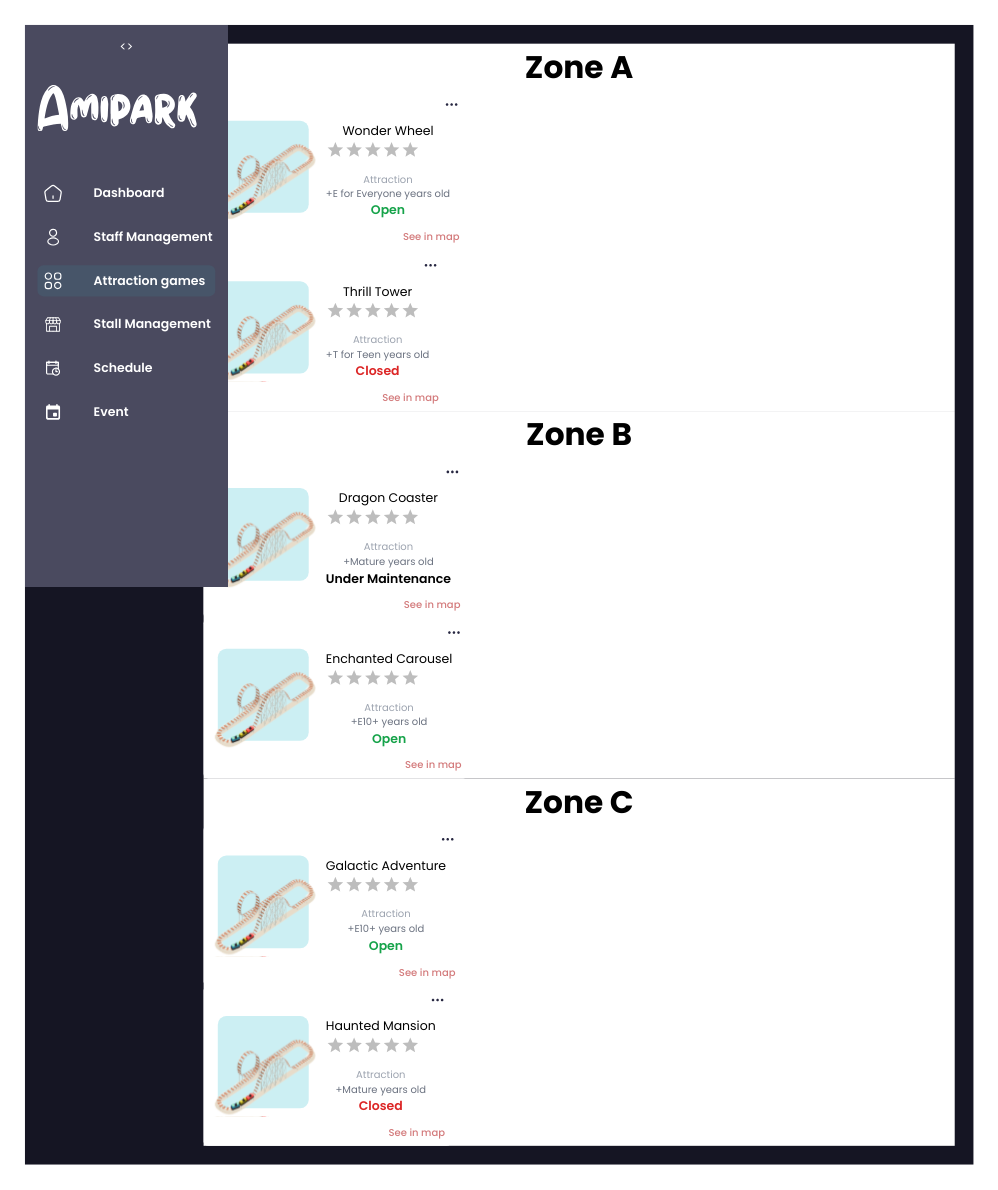
Repository: ImedBousakhria/BDD_AmusementPark_Management-Info
Page: /Attraction (app in client/)
An editor plug-in stored every save of this project. The page is shown before and after the next save, followed by the edit.
The browser window is 1280 px wide. The pictures show the whole page, at 78% of full size.
The project was rebuilt for these pictures with package versions that can differ from the ones it lists, and the page was loaded fresh each time. Also part of the build but not shown: client/vite.config.js, client/src/SignIn.jsx, client/src/Signup.jsx, client/src/LandingPage.jsx, client/src/components/Selector.jsx, client/src/Schedule.jsx, client/src/components/charts/AttendanceBars.jsx, client/src/components/charts/AttractionBars.jsx and 9 more.

Above is the page before, as saved 2024-01-10 14:33:04.

### client/src/App.jsx
import React from "react";
import ReactDOM from "react-dom/client";
import { createRoot } from "react-dom/client";

import { BrowserRouter, Routes, Route } from "react-router-dom";

import SignIn from "./SignIn.jsx";
import SignUp from "./Signup.jsx";
import "./index.css";
import LandingPage from "./LandingPage.jsx";
import Schedule from "./Schedule.jsx";
import Dashboard from "./Dashboard.jsx";
import HomeLayout from "./components/super/HomeLayout.jsx";
import Attractions from "./Attractions.jsx";
import Event from "./Event.jsx";
import Stall from "./Stall.jsx";
import Staff from "./Staff.jsx";

const App = () => {
  return (
    <BrowserRouter>
      <Routes>
        <Route path={"/"} element={<LandingPage />} />

        <Route path={"/Signup"} element={<SignUp />} />
        <Route path={"/Signin"} element={<SignIn />} />
        <Route
          path={"/Schedule"}
          element={<HomeLayout pageComponent={<Schedule />} />}
        />
        <Route
          path={"/Home"}
          element={<HomeLayout pageComponent={<Dashboard />} />}
        />
        <Route
          path={"/Attraction"}
          element={<HomeLayout pageComponent={<Attractions />} />}
        />
        <Route
          path={"/Event"}
          element={<HomeLayout pageComponent={<Event />} />}
        />
        <Route
          path={"/Stall"}
          element={<HomeLayout pageComponent={<Stall />} />}
        />
        <Route
          path={"/Staff"}
          element={<HomeLayout pageComponent={<Staff />} />}
        />
      </Routes>
    </BrowserRouter>
  );
};

export default App;

const root = createRoot(document.getElementById("root"));
root.render(<App />);

### client/src/index.css
@import url("https://fonts.googleapis.com/css2?family=Poppins:wght@100;300;400;500;600;700&display=swap");

@tailwind base;
@tailwind components;
@tailwind utilities;

@layer base {
  a {
    @apply cursor-pointer;
  }
  h1 {
    @apply text-[50px] font-bold;
  }
  h2 {
    @apply text-[2.5rem] font-bold;
  }
  p {
  }
  h3 {
  }
  h4 {
    @apply text-[1rem] font-semibold;
  }
  textarea {
  }
  input {
  }
  select {
  }
}

* {
  font-family: "Poppins", sans-serif;
  box-sizing: border-box;
  padding: 0;
  margin: 0;
}

.bg-grad {
  background: linear-gradient(180deg, transparent 0%, #272741 80%);
}

.VerticalAppointment-content {
  width: max-content;
  color: "#333" !important ;
}
.Appointment-appointment {
  color: "#333" !important ;
}

.MainLayout-stickyElement {
  color: "#fff" !important;
}

.css-1675apn-MuiTableCell-root .Cell-highlightedText {
}


.nav-item::after {
  content: "";
  display: block;
  width: 0;
  height: 2px;
  margin-top: 2px;
  background-color: rgb(102, 209, 243);
  transition: width 0.3s;
}

.nav-item:hover::after {
  width: 100%;
}

.VerticalAppointment-title, .VerticalAppointment-textContainer {
  @apply text-gray-400 font-light
}

### client/src/components/super/HomeLayout.jsx
import React, { useState } from "react";
import SideBar from "./SideBar";

const HomeLayout = ({ pageComponent }) => {
  const [isSidebarOpen, setIsSidebarOpen] = useState(true);

  return (
    <div className=" flex bg-darkBG">
      <div
        className={` transition-all duration-300 ${
          isSidebarOpen ? " basis-[17%] " : " basis-[9%]"
        } `}
      >
        <SideBar
          isSidebarOpen={isSidebarOpen}
          setIsSidebarOpen={setIsSidebarOpen}
        />
      </div>

      <div
        className={` ${
          isSidebarOpen ? " basis-[80%] " : " basis-[80%]"
        } h-full w-full m-6 `}
      >
        {pageComponent}
      </div>
    </div>
  );
};

export default HomeLayout;

### client/src/Attractions.jsx
import React from "react";
import StaffList from "./components/StaffList";
import { zones } from "./consts";
import GameCard from "./components/GameCard";

const Attractions = () => {
  return (
    <div className="flex min-h-screen gap-[3rem]">
      <div className=" w-full">
        {zones.map((zone, zoneIndex) => (
          <div key={zoneIndex} className="bg-white">
            <h2>{zone.title}</h2>
            <div>
              {zone.games.map((game, gameIndex) => (
                <GameCard attraction={game} />
              ))}
            </div>
          </div>
        ))}
      </div>

      {/* <div className="basis-[60%]">
        <StaffList />
      </div> */}
    </div>
  );
};

export default Attractions;

### client/src/components/GameCard.jsx
import React, { useState } from "react";
import game from "../assets/icons/game.svg";
import moredots from "../assets/icons/moredots.svg";
import Rating from "@material-ui/lab/Rating";

const GameCard = ({attraction}) => {
  return (
    <div className="flex flex-col bg-white h-max w-max rounded-md p-2">
      <img
        src={moredots}
        className=" w-5 place-self-end cursor-pointer hover:opacity-60"
        alt=""
      />
      <div className="flex">
        <img src={game} alt="" />
        <Details
          title={attraction.title}
          genre={"Attraction"}
          age={attraction.ageRating}
          currentStatus={attraction.status}
        />
      </div>
      <small className=" text-customPink font-medium cursor-pointer place-self-end">
        See in map
      </small>
    </div>
  );
};

export default GameCard;

const Details = ({ title, userType, genre, age, currentStatus }) => {
  const [value, setValue] = useState(0);

  let statusColorClass = "";

  switch (currentStatus) {
    case "Open":
      statusColorClass = "text-green-600";
      break;
    case "Closed":
      statusColorClass = "text-red-600";
      break;
    case "Under maintenance":
      statusColorClass = "text-orange-600";
      break;
    default:
      statusColorClass = "";
  }

  return (
    <div className="flex flex-col p-3">
      <h3>{title}</h3>
      <Rating
        name="simple-controlled"
        value={value}
        readOnly={userType}
        onChange={(event, newValue) => {
          setValue(newValue);
        }}
      />
      <small className=" text-gray-400 mt-4">{genre}</small>
      <small className=" text-gray-500">+{age} years old</small>
      <p className={` ${statusColorClass} font-semibold`}>{currentStatus}</p>
    </div>
  );
};

### client/src/components/super/SideBar.jsx
import React, { useState } from "react";
import logo from "../../assets/icons/logo.svg";
import game from "../../assets/nav icons/attractions.svg";
import dashboard from "../../assets/nav icons/dashboard.svg";
import event from "../../assets/nav icons/event.svg";
import schedule from "../../assets/nav icons/schedule.svg";
import staff from "../../assets/nav icons/staff.svg";
import stall from "../../assets/nav icons/stall.svg";
import { Link, useLocation } from "react-router-dom";
import { motion } from "framer-motion";

const SideBar = ({ isSidebarOpen, setIsSidebarOpen }) => {
  const location = useLocation();
  const sidebarVariants = {
    open: { width: "260px" }, // Width while SideBar's open
    closed: { width: "70px" }, // Closed
  };

  const sidebarTransition = {
    type: "tween",
    duration: 0.3,
  };

  const toggleSidebar = (state) => {
    state === "on" ? setIsSidebarOpen(true) : setIsSidebarOpen(false);
  };

  return (
    <motion.div
      variants={sidebarVariants}
      initial="open"
      transition={sidebarTransition}
      animate={isSidebarOpen ? "open" : "closed"}
      className={`fixed h-screen bg-lightBG text-white p-4 flex flex-col `}
    >
      <div>
        <div className=" flex flex-col gap-[2rem]">
          <h3
            className="cursor-pointer"
            onClick={() => setIsSidebarOpen(!isSidebarOpen)}
          >
            {"<>"}
          </h3>
          <img
            src={logo}
            alt="Your Logo"
            className={`transition-transform origin-left duration-300      ${
              isSidebarOpen ? " scale-90" : ""
            }

            } `}
          />
        </div>
      </div>
      <div className="mt-10">
        <ul className="">
          <SidebarButton
            barState={isSidebarOpen}
            to="/home"
            icon={dashboard}
            text="Dashboard"
            currentPath={location.pathname}
            onClick={() => toggleSidebar("on")}
          />
          <SidebarButton
            barState={isSidebarOpen}
            to="/Staff"
            icon={staff}
            text="Staff Management"
            currentPath={location.pathname}
            onClick={() => toggleSidebar("on")}
          />
          <SidebarButton
            barState={isSidebarOpen}
            to="/Attraction"
            icon={game}
            text="Attraction games"
            currentPath={location.pathname}
            onClick={() => toggleSidebar("on")}
          />
          <SidebarButton
            barState={isSidebarOpen}
            to="/Stall"
            icon={stall}
            text="Stall Management"
            currentPath={location.pathname}
            onClick={() => toggleSidebar("on")}
          />

          <SidebarButton
            barState={isSidebarOpen}
            to={"/schedule"}
            icon={schedule}
            text="Schedule"
            currentPath={location.pathname}
            /* onClick={() => {
              toggleSidebar("on");
              toggleDropDown();
            }} */
            /* "Remove Token from Local Storage"); */
          />
          <SidebarButton
            barState={isSidebarOpen}
            to="/Event"
            icon={event}
            text="Event"
            currentPath={location.pathname}
            onClick={() => toggleSidebar("on")}
          />
        </ul>
      </div>
    </motion.div>
  );
};

function SidebarButton({ to, icon, text, currentPath, onClick, barState }) {
  const isCurrent = to === currentPath;

  return (
    <li onClick={onClick}>
      <Link
        to={to}
        className={`flex items-center p-2 rounded-lg transition-colors  my-4 flex-shrink-0 ${
          isCurrent ? " bg-slate-600" : " hover:bg-slate-800 "
        }
          `}
      >
        {/* <i className={`${icon} text-xl mr-2`} /> */}
        <img
          src={icon}
          className={` ${barState ? "  " : "  "} h-6 w-6 mr-10`}
          alt="notification"
        />

        <span
          className={`    transition-transform origin-left duration-300      ${
            barState ? "scale-100" : "scale-0"
          }
          min-w-max font-semibold monstserrat text-white `}
        >
          {text}
        </span>
      </Link>
    </li>
  );
}

export default SideBar;

### client/src/consts.js
export const zones = [
  {
    title: "Zone A",
    teams: [
      {
        name: "Team 1",
        staff: [
          { name: "Alice Johnson", email: "alice@example.com" },
          { name: "Bob Smith", email: "bob@example.com" },
        ],
      },
      {
        name: "Team 2",
        staff: [
          { name: "Charlie Brown", email: "charlie@example.com" },
          { name: "Diana Miller", email: "diana@example.com" },
        ],
      },
    ],
    games: [
      {
        title: "Wonder Wheel",
        ageRating: "E for Everyone",
        status: "Open",
      },
      {
        title: "Thrill Tower",
        ageRating: "T for Teen",
        status: "Closed",
      },
    ],
    stalls: [
      {
        name: "Stall 1",
        category: "Food",
      },
      {
        name: "Stall 2",
        category: "Gift",
      },
    ],
  },
  {
    title: "Zone B",
    teams: [
      {
        name: "Team 3",
        staff: [
          { name: "Eva Davis", email: "eva@example.com" },
          { name: "Frank Thomas", email: "frank@example.com" },
        ],
      },
      {
        name: "Team 4",
        staff: [
          { name: "Grace Wilson", email: "grace@example.com" },
          { name: "Henry Clark", email: "henry@example.com" },
        ],
      },
    ],
    games: [
      {
        title: "Dragon Coaster",
        ageRating: "Mature",
        status: "Under Maintenance",
      },
      {
        title: "Enchanted Carousel",
        ageRating: "E10+",
        status: "Open",
      },
    ],
    stalls: [
      {
        name: "Stall 3",
        category: "Food",
      },
      {
        name: "Stall 4",
        category: "Gift",
      },
    ],
  },
  {
    title: "Zone C",
    teams: [
      {
        name: "Team 5",
        staff: [
          { name: "Isaac White", email: "isaac@example.com" },
          { name: "Jessica Turner", email: "jessica@example.com" },
        ],
      },
      {
        name: "Team 6",
        staff: [
          { name: "Kevin Harris", email: "kevin@example.com" },
          { name: "Laura Evans", email: "laura@example.com" },
        ],
      },
    ],
    games: [
      {
        title: "Galactic Adventure",
        ageRating: "E10+",
        status: "Open",
      },
      {
        title: "Haunted Mansion",
        ageRating: "Mature",
        status: "Closed",
      },
    ],
    stalls: [
      {
        name: "Stall 5",
        category: "Food",
      },
      {
        name: "Stall 6",
        category: "Gift",
      },
    ],
  },
  // Add more zones as needed
];

### client/tailwind.config.js
/** @type {import('tailwindcss').Config} */
module.exports = {
  content: ["./src/**/*.{js,jsx,ts,tsx}"],
  theme: {
    extend: {
      colors: {
        customGray : "#F5F5F5",
        customDark : "#323134",
        customPink : "#D37A7B",
        customPurple : "#A5A4FF",
        customYellow : "#F9B234",
        customBlue : "#1ABBED",
        primaryBG: "#272741",
        lightBG: "#4A4A5F",
        darkBG: "#151523",

        creamYellow: "#FBCB77",
        creamPink: "#F1B7C1",
        creamBlue: "#66D1F3",
        creamPurple: "#BBB4D7",
        creamGreen: "#A7EAD1",
        creamOrange: "#FFCEAB",
        creamLime: "#E3E9BE"

      },
    },
  },
  plugins: [],
};

Loaded but not shown: client/index.html (common file); client/src/App.css (common file)

After the next save:
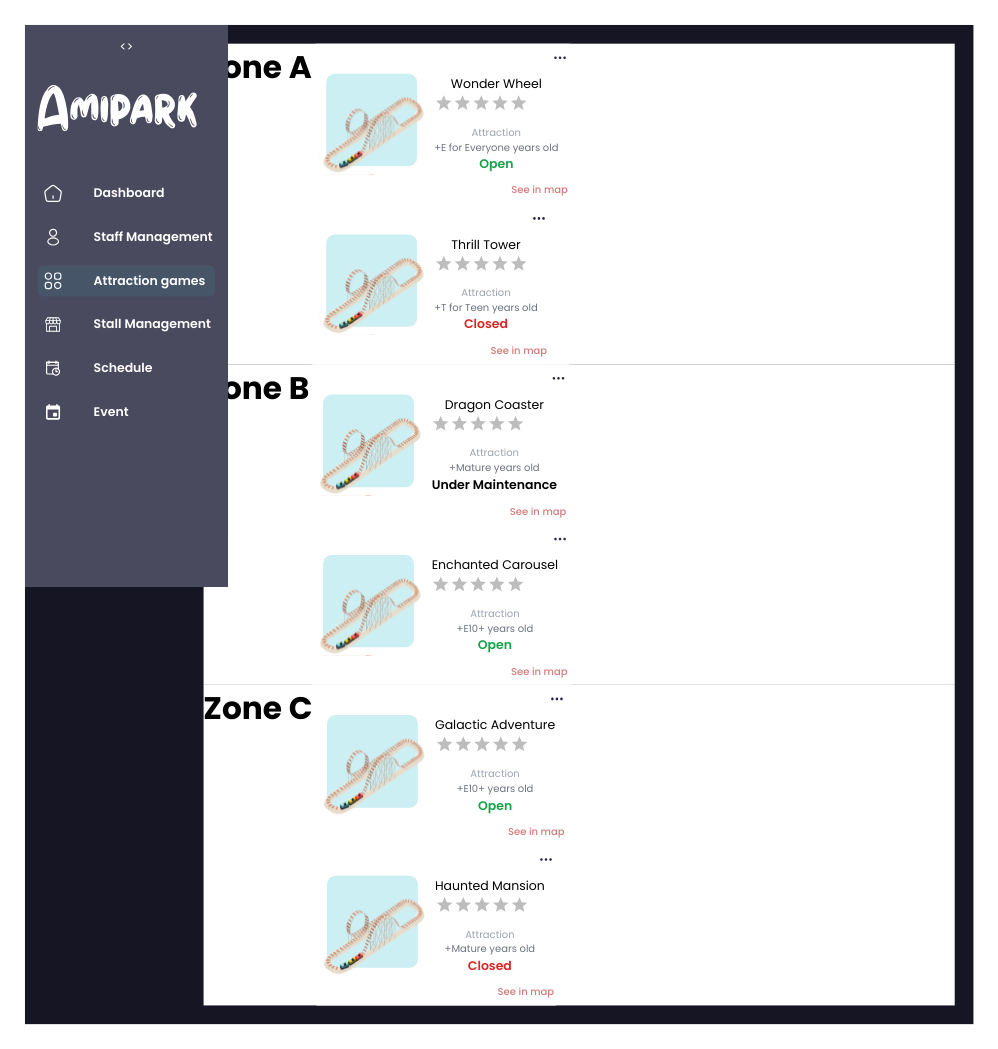
Saved 11 s later.
--- a/client/src/Attractions.jsx
+++ b/client/src/Attractions.jsx
@@ -8,7 +8,7 @@ const Attractions = () => {
     <div className="flex min-h-screen gap-[3rem]">
       <div className=" w-full">
         {zones.map((zone, zoneIndex) => (
-          <div key={zoneIndex} className="bg-white">
+          <div key={zoneIndex} className="bg-white flex">
             <h2>{zone.title}</h2>
             <div>
               {zone.games.map((game, gameIndex) => (
